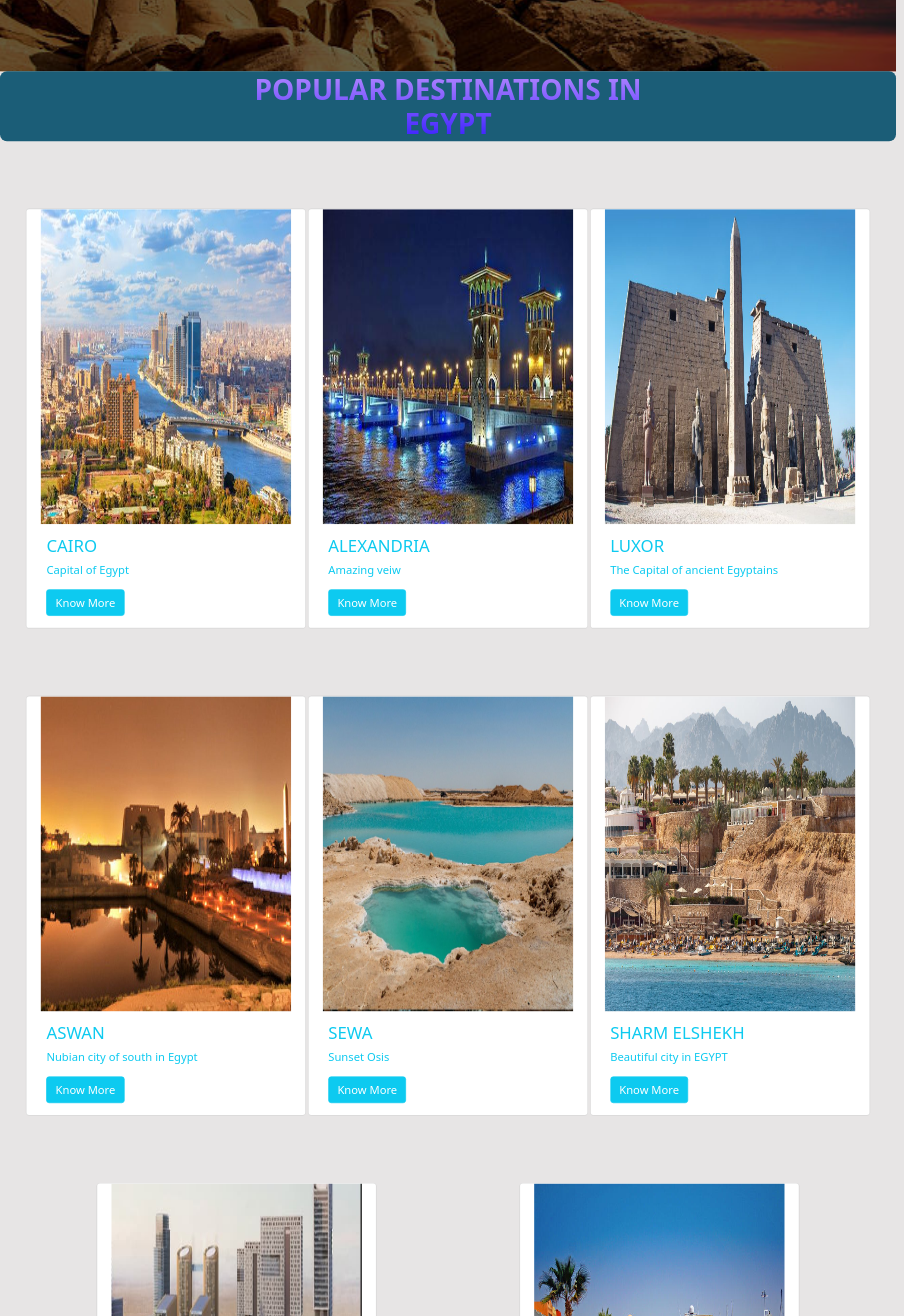
Repository: Ahmed123rezk123/P-temp
Page: index.html
These files come from the project's save history. The page is drawn as it stood at one moment and after the next save; the edit follows.
The browser window is 1280 px wide. The page is 1292 px wide, then 1280 px, then 1292 px, so the pictures cover 1292 px, including what lies to the right of the window. The pictures show the part of the page from y = 3347 to 5227 px (the page is 6226 px tall before and 4138 px after), at 70% of full size.
Backgrounds fixed to the window are drawn as part of the page.

Above is the page before, as saved 2024-02-18 19:47:36.

After the next save:
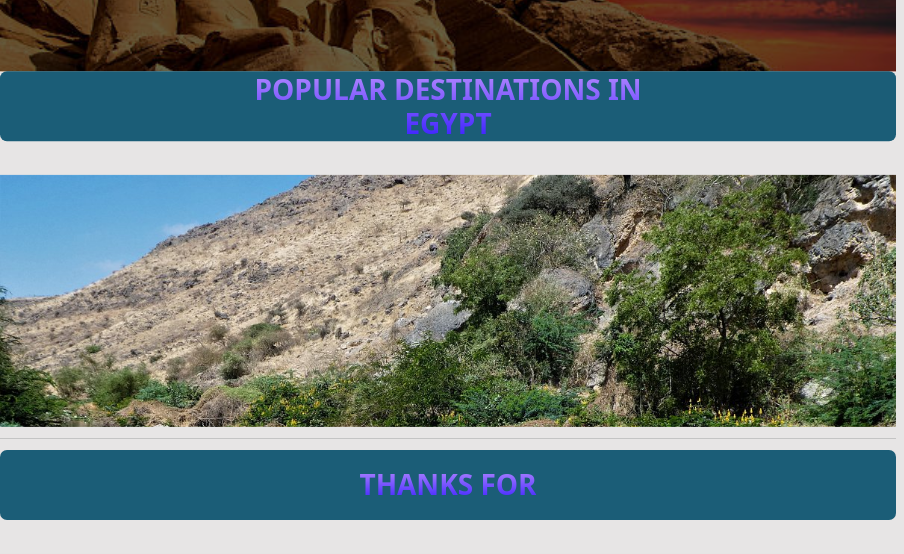
Saved 20 s later.
--- a/index.html
+++ b/index.html
@@ -365,7 +365,7 @@
   </div>
   <!-- End section 12 -->
 
-  <!-- Start Section 13 -->
+  <!-- Start Section 13
     <div class="section13 ">
       <div class="row  d-flex justify-content-around p-5">
       <div class="col-sm-4 card rounded-3" style="width:400px; height: 600px;">

After the 2 saves that followed:
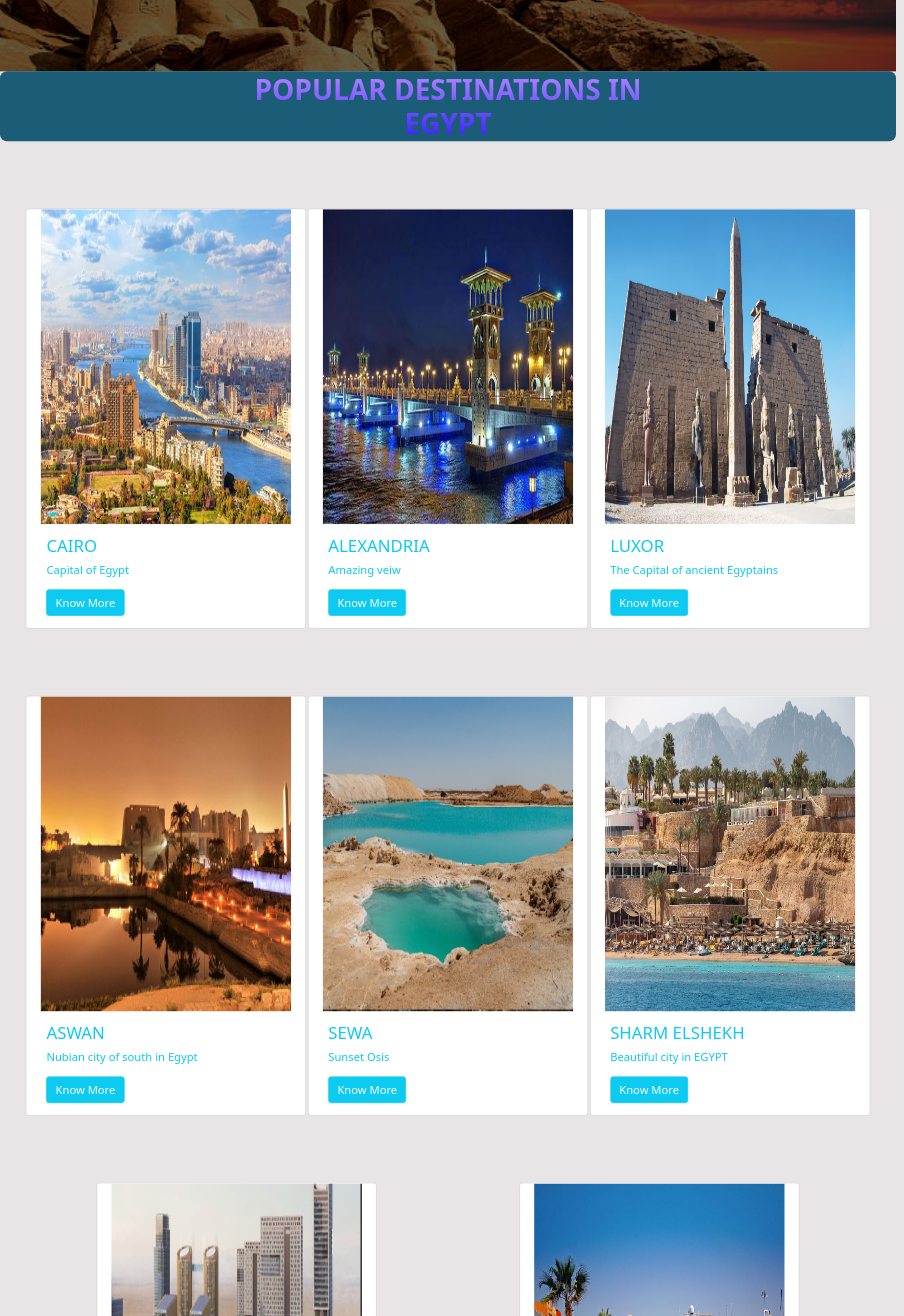
The 2 saves are shown as one change because they came seconds apart.
The last was saved 10 s later.
--- a/index.html
+++ b/index.html
@@ -365,7 +365,7 @@
   </div>
   <!-- End section 12 -->
 
-  <!-- Start Section 13
+  <!-- Start Section 13 -->
     <div class="section13 ">
       <div class="row  d-flex justify-content-around p-5">
       <div class="col-sm-4 card rounded-3" style="width:400px; height: 600px;">
